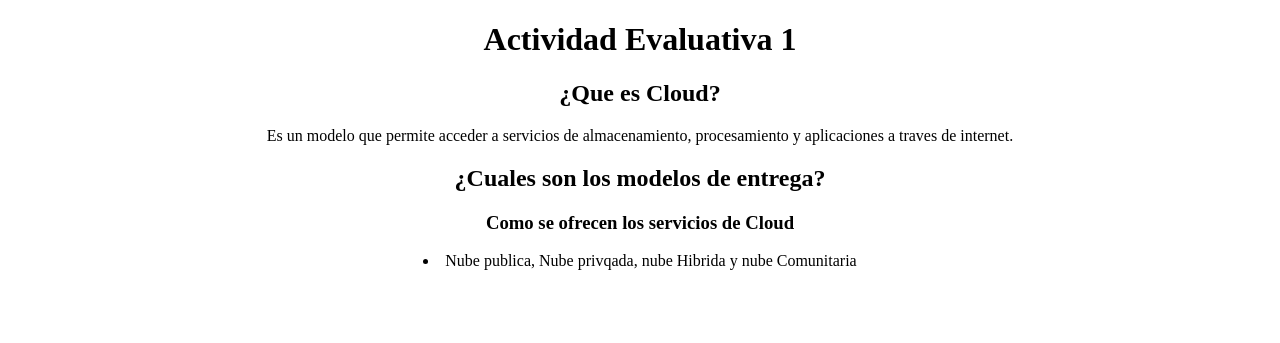
Repository: Laura-Oliveros/Actividad-Evaluativa-1
Page: LauSebas.html
The author's editor kept a copy of each file at every save. The page is drawn from the files as they stood at one save, then again after a run of saves.
The browser window is 1280 px wide. The pictures show the whole page.

Above is the page before, as saved 2025-09-04 18:52:29.

After the next 4 saves:
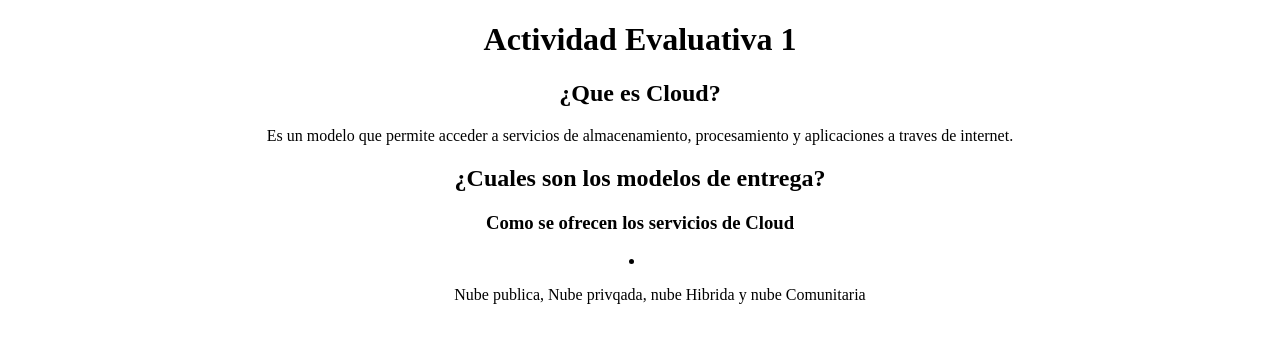
The 4 saves are shown as one change because they came seconds apart.
The last was saved 9 s later.
--- a/LauSebas.html
+++ b/LauSebas.html
@@ -15,7 +15,9 @@
     <div class="contenedor" style="text-align: center;">
         <h2>¿Cuales son los modelos de entrega?</h2>
         <h3>Como se ofrecen los servicios de Cloud </h3>
-        <li
+        <li>
+            <ul
+        </li>
         <p>Nube publica, Nube privqada, nube Hibrida y nube Comunitaria</p>
 
 </body>
